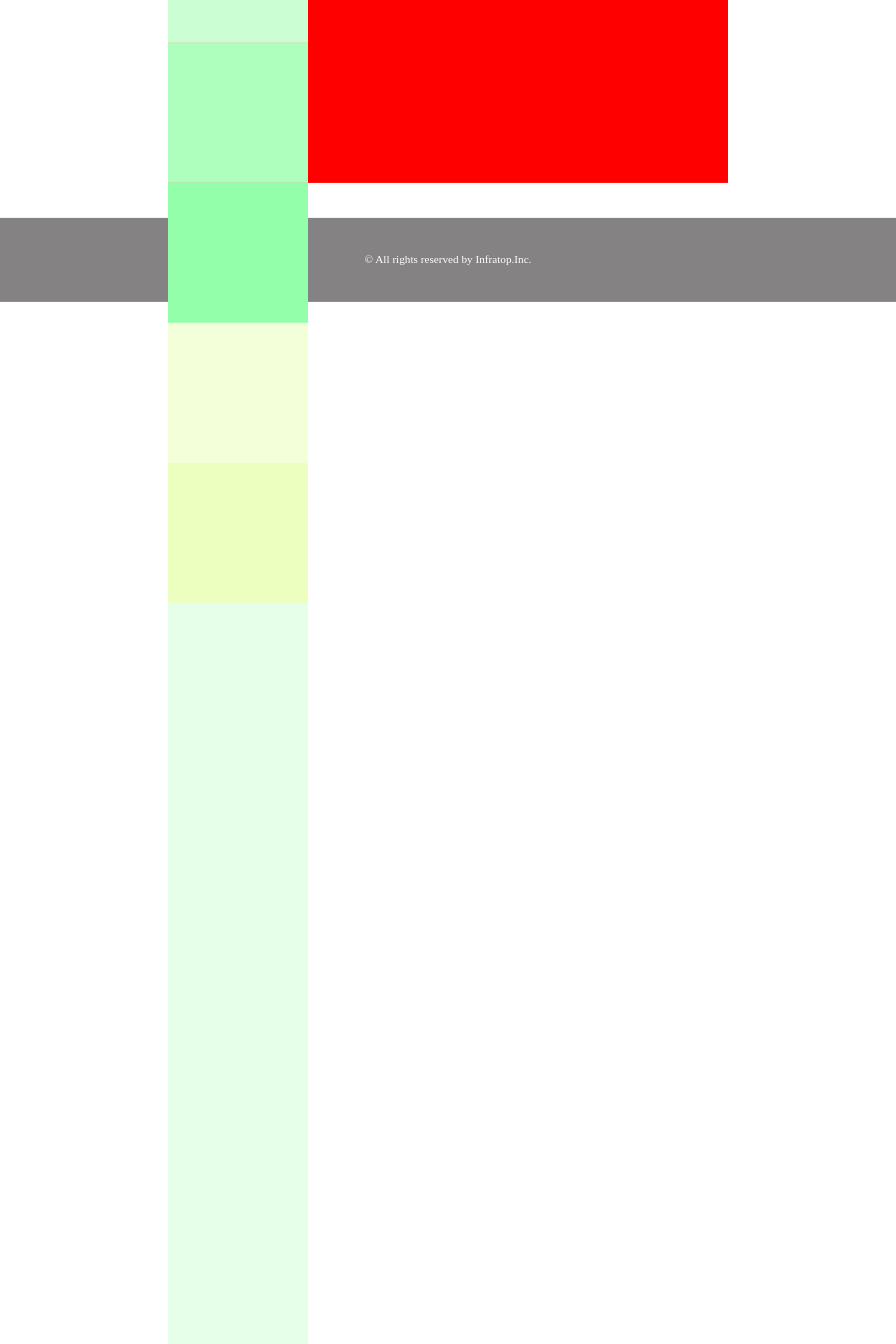
Repository: CarAll02/git-practice
Page: chapter5_exercise/index.html
The author's editor kept a record of every edit. The page is drawn from the files as they stood at one moment, then again after the next edit.
The browser window is 1280 px wide. The pictures show the part of the page from y = 516 to 2436 px (the page is 2577 px tall), at 70% of full size.

Above is the page before.

### chapter5_exercise/index.html
<!DOCTYPE html>
<html lang="ja">
  <head>
    <meta charset="UTF-8"/>
    <link rel="stylesheet" href="style.css"/>
    <title>chapter5_exercise</title>
  </head>

  <body>
    <!--header-->
    <header>
      <h1 class="heading">
        <a href="index.html">
          infratop
        </a>
      </h1>
    </header>

    <!--navigation-->
    <nav>
      <ul class="nav-list">
        <li class="nav-list-item">
          <a href="index.html">webcamp</a>
        </li>
        <li class="nav-list-item">
          <a href="index.html">webcamp pro</a>
        </li>
        <li class="nav-list-item">
          <a href="index.html">webcamp women</a>
        </li>
        <li class="nav-list-item">
          <a href="index.html">webcamp career</a>
        </li>
      </ul>
    </nav>

    <!--main用のdiv-->
    <div class="main">
      <div class="box">
        <div class="green1"></div>
        <div class="green2"></div>
        <div class="green3"></div>
        <div class="green4"></div>
        <div class="yellow1"></div>
        <div class="yellow2"></div>
        <div class="yellow3"></div>
        <div class="yellow4"></div>
        <div class="blue1"></div>
        <div class="blue2"></div>
        <div class="blue3"></div>
        <div class="blue4"></div>
      </div>
    </div>

    <!--footer-->
    <footer>
      <p class="footer-text">© All rights reserved by Infratop.Inc.</p>
    </footer>
  </body>
</html>

### chapter5_exercise/style.css
/*ブラウザがそれぞれ持っているCSSをリセットするための記述*/
* {
  margin:0;
  padding:0;
  box-sizing:border-box;
}

header{
  width:90%;
  padding:20px 0;
  margin:0 auto;
  text-align: center;
}

.nav-list{
  text-align: center;
  padding:15px 0;
  margin:0 auto;
  border:solid black;
  border-top-width: 1px;
  border-bottom-width: 1px;
  border-left-width:0px;
  border-right-width: 0px;
}

.nav-list-item{
  list-style: none;
  display: inline-block;
  margin:0 20px;
}

.main{
  width: 100%;
  height: 700px;
  display:flex;/*Flexboxの利用*/
  justify-content:center;/*子要素の横並び・中央寄せ*/
  padding:50px 0;
  margin:0 auto;/*中央寄せ（左右に余白が無いと出来ない)*/
}

.box{
  width: 800px;
  height: 600px;
  background-color: red;
}

.green1{
  width:200px;
  height: 200px;
  background-color: #e6ffe9;
}

.green2{
  width:200px;
  height: 200px;
  background-color: #cbffd3;
}

.green3{
  width:200px;
  height: 200px;
  background-color: #aeffbd;
}

.green4{
  width:200px;
  height: 200px;
  background-color: #93ffab;
}

.yellow1{
  width:200px;
  height: 200px;
  background-color: #f3ffd8;
}

.yellow2{
  width:200px;
  height: 200px;
  background-color: #edffbe;
}

.yellow3{
  width:200px;
  height: 200px;
  background-color: #e6ffe9;
}

.yellow4{
  width:200px;
  height: 200px;
  background-color: #e6ffe9;
}

.blue1{
  width:200px;
  height: 200px;
  background-color: #e6ffe9;
}

.blue2{
  width:200px;
  height: 200px;
  background-color: #e6ffe9;
}

.blue3{
  width:200px;
  height: 200px;
  background-color: #e6ffe9;
}

.blue4{
  width:200px;
  height: 200px;
  background-color: #e6ffe9;
}

footer{
  width:100%;
  height:120px;
  text-align: center;
  line-height: 120px;
  background-color: #848282;
}

.footer-text{
  color:#fff;
}

After the next edit:
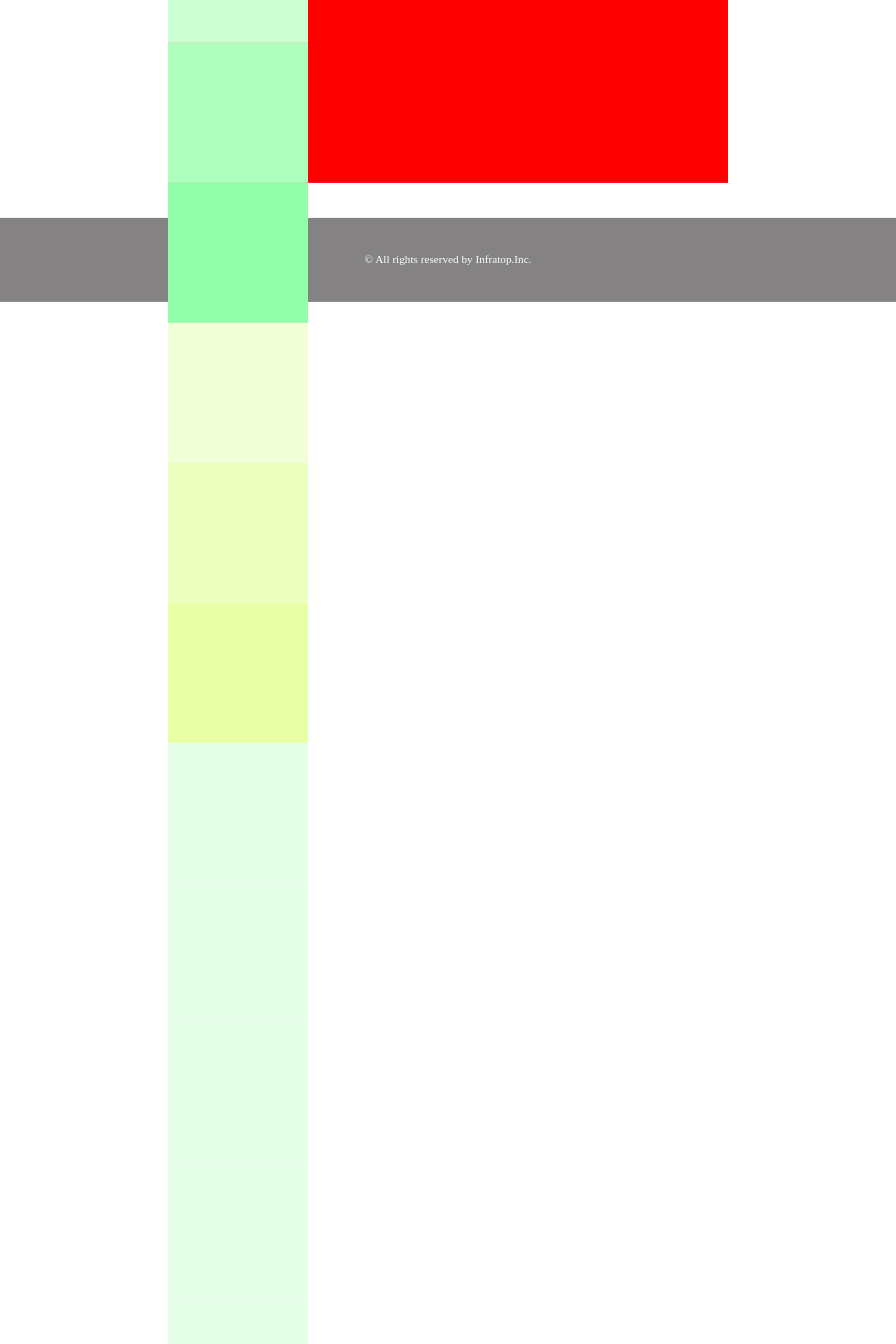
The edit:
--- a/chapter5_exercise/style.css
+++ b/chapter5_exercise/style.css
@@ -83,7 +83,7 @@
 .yellow3{
   width:200px;
   height: 200px;
-  background-color: #e6ffe9;
+  background-color: #e9ffa5;
 }
 
 .yellow4{
